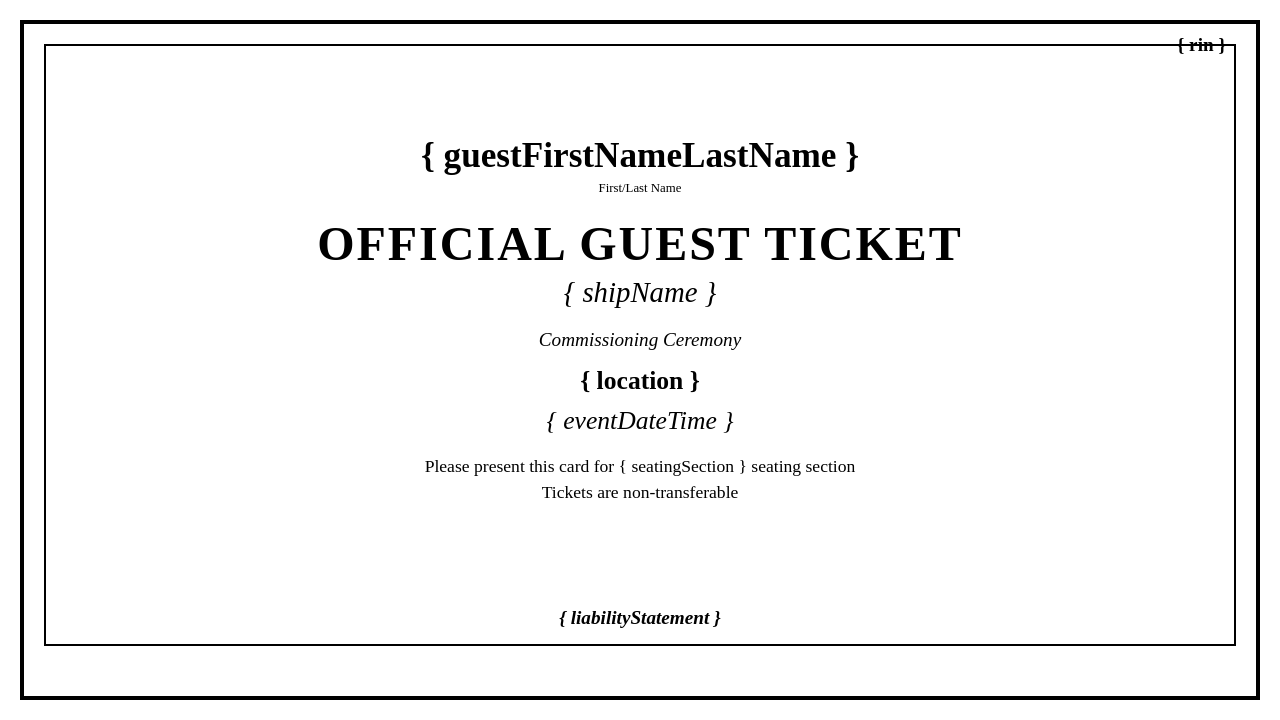
Repository: yaleevans/SabelWeasyPrintPDFLambda
Page: event_ticket_template.html
An editor plug-in stored every save of this project. The page is shown before and after the next save, followed by the edit.
The browser window is 1280 px wide. The pictures show the whole page.

Above is the page before, as saved 2025-10-17 08:08:11.

### event_ticket_template.html
<!DOCTYPE html>
<html>
<head>
    <title>Official Guest Ticket</title>
    <style>
        body {
            margin: 0;
            padding: 0;
            font-family: 'Times New Roman', Times, serif;
            background-color: white;
        }
        .ticket-container {
            border: 4px solid black;
            padding: 20px;
            margin: 20px;
            text-align: center;
            color: black;
            box-sizing: border-box;
            height: calc(100vh - 40px);
            position: relative; /* KEY: Reference point for absolute positioning */
        }
        .inner-border {
            border: 2px solid black;
            padding: 15px;
            height: calc(100% - 30px);
            box-sizing: border-box;
            display: flex;
            flex-direction: column;
            justify-content: space-between;
            align-items: center;
        }
        /* --- NEW CSS FOR OVERLAY --- */
        .ticket-number-overlay {
            position: absolute; /* KEY: Positions relative to .ticket-container */
            top: 5px;             /* Distance from the top border of .ticket-container */
            right: 25px;          /* Distance from the right border of .ticket-container */
            padding: 5px;
            font-size: 1.2em;
            font-weight: bold;
             /* Make it stand out */
            background-color: transparent; /* Ensure it doesn't block background color */
            z-index: 10; /* Ensure it floats above the content */
        }
        /* --- EXISTING CSS REMAINS THE SAME --- */
        .content {
            flex-grow: 1;
            display: flex;
            flex-direction: column;
            justify-content: center;
            align-items: center;
            width: 100%;
        }
        .guest-name {
            font-size: 2.2em;
            font-weight: bold;
            margin-bottom: 5px;

        }
        .guest-name-label {
            font-size: 0.8em;
            margin-bottom: 20px;
            color: black;
        }
        .ticket-title {
            font-size: 3em;
            font-weight: bold;
            letter-spacing: 2px;
            margin-bottom: 5px;
            color: black;
        }
        .ship-name {
            font-size: 1.8em;
            font-style: italic;
            margin-bottom: 20px;
            color: black;
        }
        .commissioning-text {
            font-size: 1.2em;
            font-style: italic;
            margin-bottom: 15px;
            color: black;
        }
        .location {
            font-size: 1.6em;
            font-weight: bold;
            margin-bottom: 10px;

        }
        .datetime {
            font-size: 1.6em;
            font-style: italic;
            margin-bottom: 20px;

        }
        .instructions {
            font-size: 1.1em;
            margin-bottom: 5px;
            color: black;
        }
        .transfer-info {
            font-size: 1.1em;
            margin-bottom: 30px;
            color: black;
        }
        .waiver-text {
            font-size: 1.2em;
            font-style: italic;
            font-weight: bold;

        }
    </style>
</head>
<body>
    <div class="ticket-container">

        <div class="ticket-number-overlay">
            { rin }
        </div>

        <div class="inner-border">
            <div class="content">
                <div class="guest-name">{ guestFirstNameLastName }</div>
                <div class="guest-name-label">First/Last Name</div>

                <div class="ticket-title">OFFICIAL GUEST TICKET</div>
                <div class="ship-name">{ shipName }</div>

                <div class="commissioning-text">Commissioning Ceremony</div>

                <div class="location">{ location }</div>
                <div class="datetime">{ eventDateTime }</div>

                <div class="instructions">Please present this card for { seatingSection } seating section</div>
                <div class="transfer-info">Tickets are non-transferable</div>
            </div>
            <div class="waiver-text">
                { liabilityStatement }
            </div>
        </div>
    </div>
</body>
</html>

After the next save:
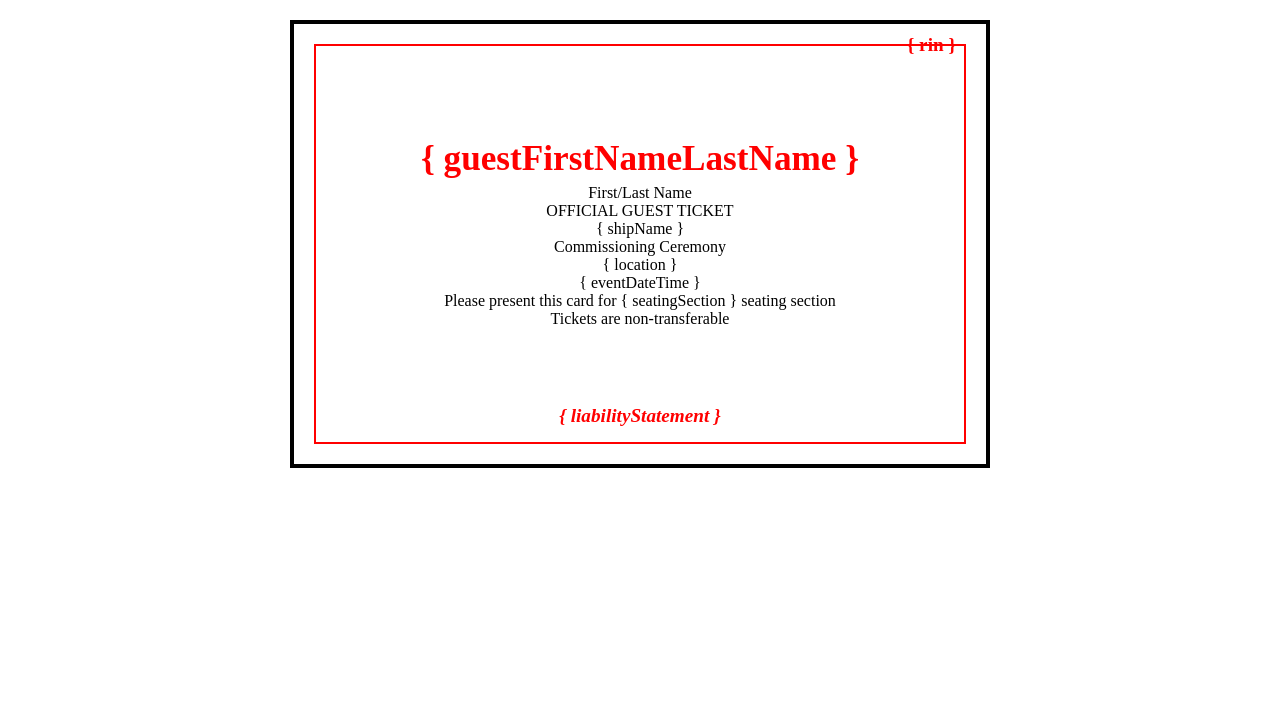
Saved 71 min 35 s later.
--- a/event_ticket_template.html
+++ b/event_ticket_template.html
@@ -10,38 +10,39 @@
             background-color: white;
         }
         .ticket-container {
+            /* FIX 3: REMOVED height: calc(100vh - 40px); */
+            /* Added width for consistent sizing, margin: auto for centering */
             border: 4px solid black;
             padding: 20px;
-            margin: 20px;
+            margin: 20px auto;
             text-align: center;
             color: black;
             box-sizing: border-box;
-            height: calc(100vh - 40px);
-            position: relative; /* KEY: Reference point for absolute positioning */
+            width: 700px; /* Set a fixed width */
+            position: relative;
         }
         .inner-border {
-            border: 2px solid black;
+            border: 2px solid red; /* Changed to red for visibility, assuming blue is background */
             padding: 15px;
-            height: calc(100% - 30px);
             box-sizing: border-box;
             display: flex;
             flex-direction: column;
             justify-content: space-between;
             align-items: center;
+            min-height: 400px; /* Ensures a good minimum ticket size */
         }
-        /* --- NEW CSS FOR OVERLAY --- */
+        /* FIX 2: Ticket Number placement */
         .ticket-number-overlay {
-            position: absolute; /* KEY: Positions relative to .ticket-container */
-            top: 5px;             /* Distance from the top border of .ticket-container */
-            right: 25px;          /* Distance from the right border of .ticket-container */
+            position: absolute;
+            top: 5px;
+            right: 25px;
             padding: 5px;
             font-size: 1.2em;
             font-weight: bold;
-             /* Make it stand out */
-            background-color: transparent; /* Ensure it doesn't block background color */
-            z-index: 10; /* Ensure it floats above the content */
+            color: red; /* Ensure it is visible */
+            z-index: 10;
         }
-        /* --- EXISTING CSS REMAINS THE SAME --- */
+        /* --- EXISTING STYLES REMAINS THE SAME --- */
         .content {
             flex-grow: 1;
             display: flex;
@@ -54,59 +55,13 @@
             font-size: 2.2em;
             font-weight: bold;
             margin-bottom: 5px;
-
-        }
-        .guest-name-label {
-            font-size: 0.8em;
-            margin-bottom: 20px;
-            color: black;
-        }
-        .ticket-title {
-            font-size: 3em;
-            font-weight: bold;
-            letter-spacing: 2px;
-            margin-bottom: 5px;
-            color: black;
-        }
-        .ship-name {
-            font-size: 1.8em;
-            font-style: italic;
-            margin-bottom: 20px;
-            color: black;
-        }
-        .commissioning-text {
-            font-size: 1.2em;
-            font-style: italic;
-            margin-bottom: 15px;
-            color: black;
-        }
-        .location {
-            font-size: 1.6em;
-            font-weight: bold;
-            margin-bottom: 10px;
-
-        }
-        .datetime {
-            font-size: 1.6em;
-            font-style: italic;
-            margin-bottom: 20px;
-
-        }
-        .instructions {
-            font-size: 1.1em;
-            margin-bottom: 5px;
-            color: black;
-        }
-        .transfer-info {
-            font-size: 1.1em;
-            margin-bottom: 30px;
-            color: black;
+            color: red;
         }
         .waiver-text {
             font-size: 1.2em;
             font-style: italic;
             font-weight: bold;
-
+            color: red;
         }
     </style>
 </head>
@@ -117,7 +72,7 @@
             { rin }
         </div>
 
-        <div class="inner-border">
+        <div class="inner-border" style="background-color: { background_color };">
             <div class="content">
                 <div class="guest-name">{ guestFirstNameLastName }</div>
                 <div class="guest-name-label">First/Last Name</div>
